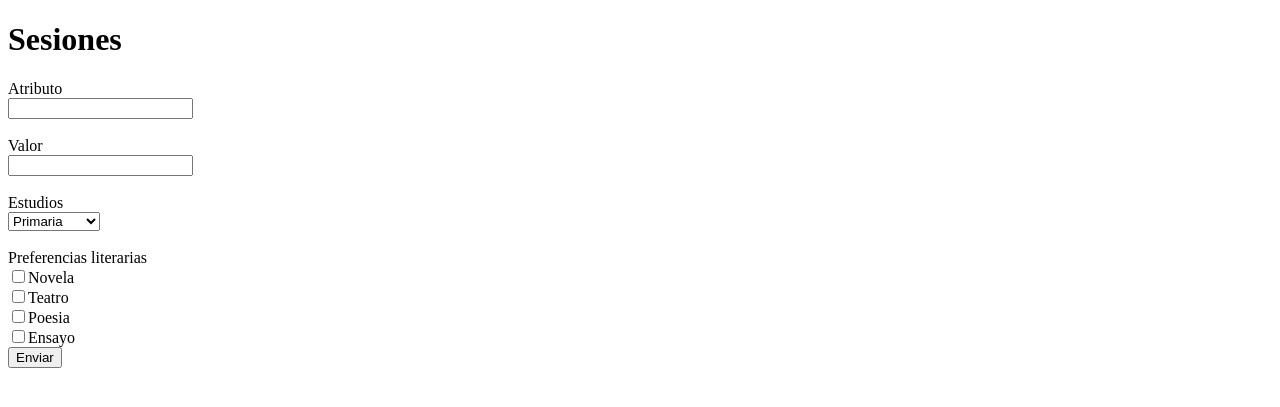
Repository: cabotillo/javaee
Page: Sesiones/WebContent/index.html
These files come from the project's save history. The page is drawn as it stood at one moment and after the next save; the edit follows.
The browser window is 1280 px wide. The pictures show the whole page.

Above is the page before, as saved 2017-02-16 18:42:36.

After the next save:
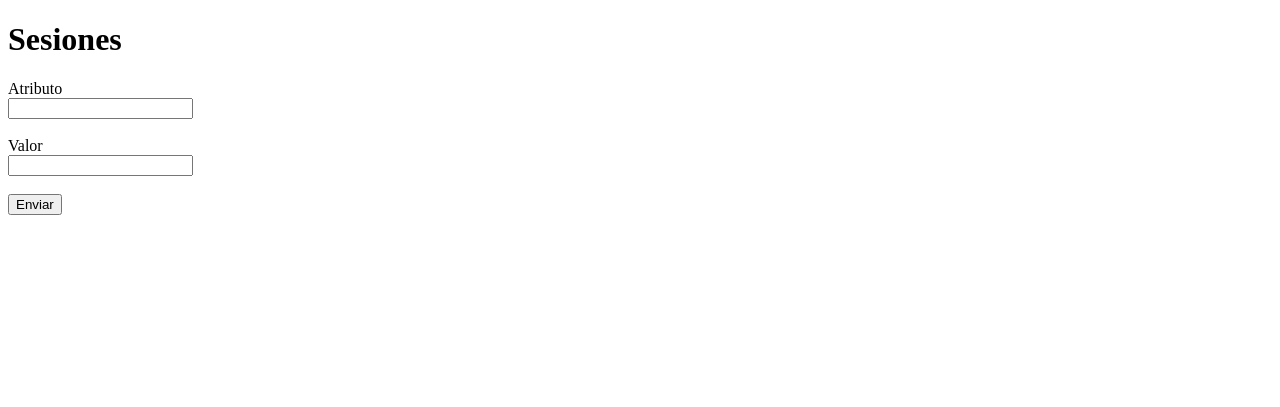
Saved 26 s later.
--- a/Sesiones/WebContent/index.html
+++ b/Sesiones/WebContent/index.html
@@ -9,13 +9,6 @@
 <form action="/Sesiones/anyadir">
 Atributo<br><input type="text" name="atributo"><br><br>
 Valor<br><input type="text" name="valor"><br><br>
-
-Estudios<br><select name="estudios"><option>Primaria</option><option>Secundaria</option><option>Bachillerato</option></select><br><br>
-Preferencias literarias<br><input type="checkbox" name="preferencias" value="Novela" cheked>Novela<br>
-<input type="checkbox" name="preferencias" value="Teatro" >Teatro<br>
-<input type="checkbox" name="preferencias" value="Poesia" >Poesia<br>
-<input type="checkbox" name="preferencias" value="Ensayo" >Ensayo<br>
-
 <input type="submit" value="Enviar" >
 
 </form>
